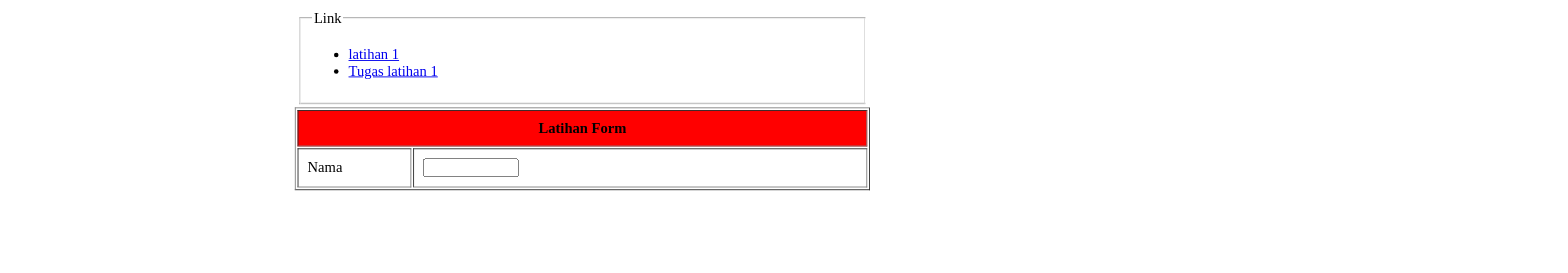
Repository: AHSANS354/tugas-sib5
Page: latihanform.html
The author's editor kept a copy of each file at every save. The page is drawn from the files as they stood at one save, then again after the next save.
The browser window is 1280 px wide. The page is 1280 px wide, then 1723 px, then 1280 px, so the pictures cover 1723 px, including what lies to the right of the window. The pictures show the whole page, at 91% of full size.

Above is the page before, as saved 2023-08-21 11:31:39.

After the next save:
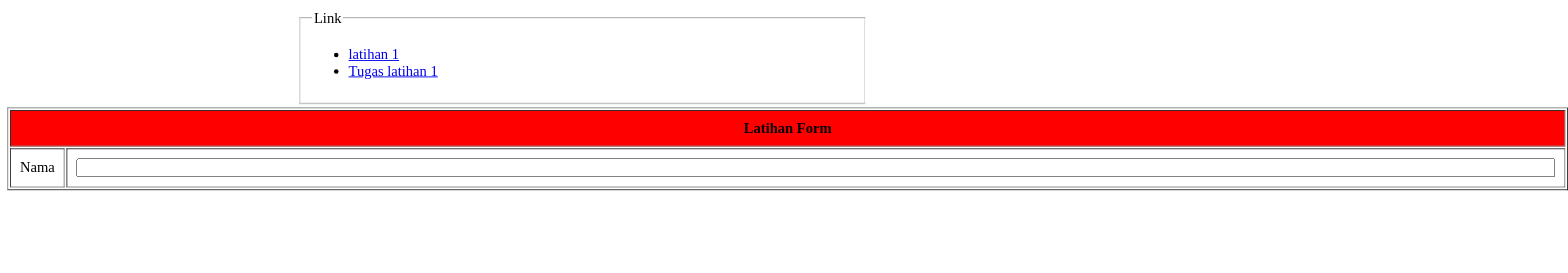
Saved 7 s later.
--- a/latihanform.html
+++ b/latihanform.html
@@ -31,7 +31,7 @@
       <tr>
         <td width="20%">Nama</td>
         <td>
-          <input type="text" size="10" />
+          <input type="text" size="200" />
         </td>
       </tr>
     </table>

After the save that followed:
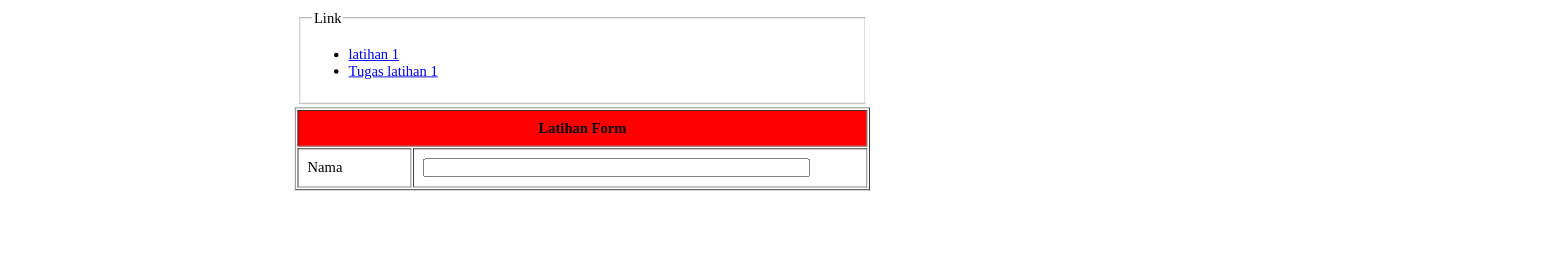
Saved 4 s later.
--- a/latihanform.html
+++ b/latihanform.html
@@ -31,7 +31,7 @@
       <tr>
         <td width="20%">Nama</td>
         <td>
-          <input type="text" size="200" />
+          <input type="text" size="50" />
         </td>
       </tr>
     </table>
